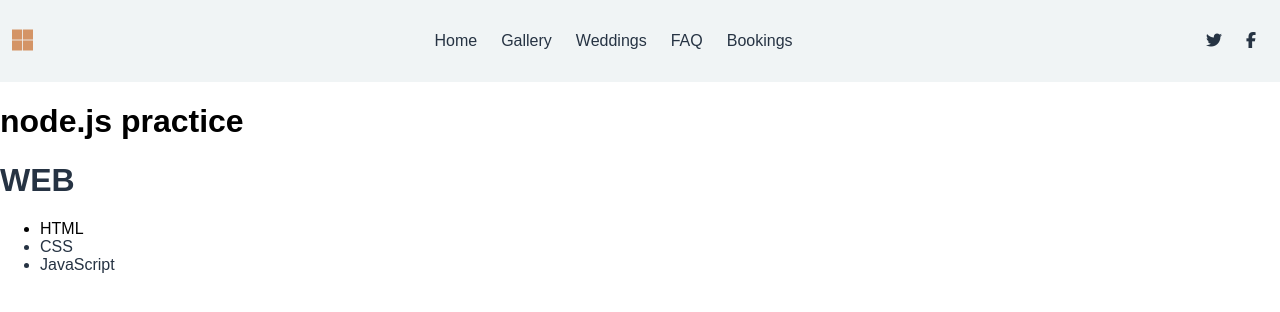
Repository: hhw12409/pracite-node.js
Page: http://localhost/
These files come from the project's save history. The page is drawn as it stood at one moment and after the next save; the edit follows.
The browser window is 1280 px wide. The pictures show the whole page.
Some web fonts or font styles are not loaded; a fallback is used. Some web libraries are served in a nearby version. The page is served by the project's Node server (server.js).

Above is the page before, as saved 2022-05-01 02:24:14.
Not found: main.js

After the next save:
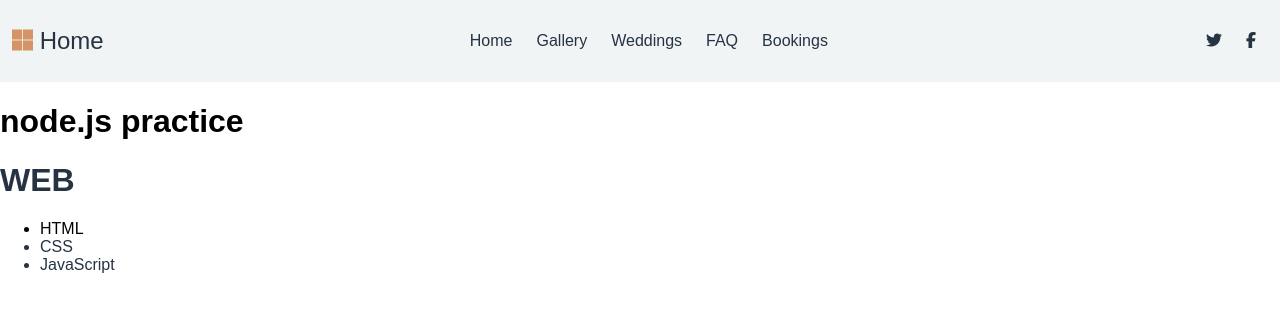
Saved 4 s later.
--- a/views/nav.html
+++ b/views/nav.html
@@ -19,7 +19,7 @@
     <nav class="navbar">
         <div class="navbar__logo">
             <i class="fab fa-microsoft"></i>
-            <a href="/"></a>
+            <a href="/">Home</a>
         </div>
 
         <ul class="navbar__menu">
